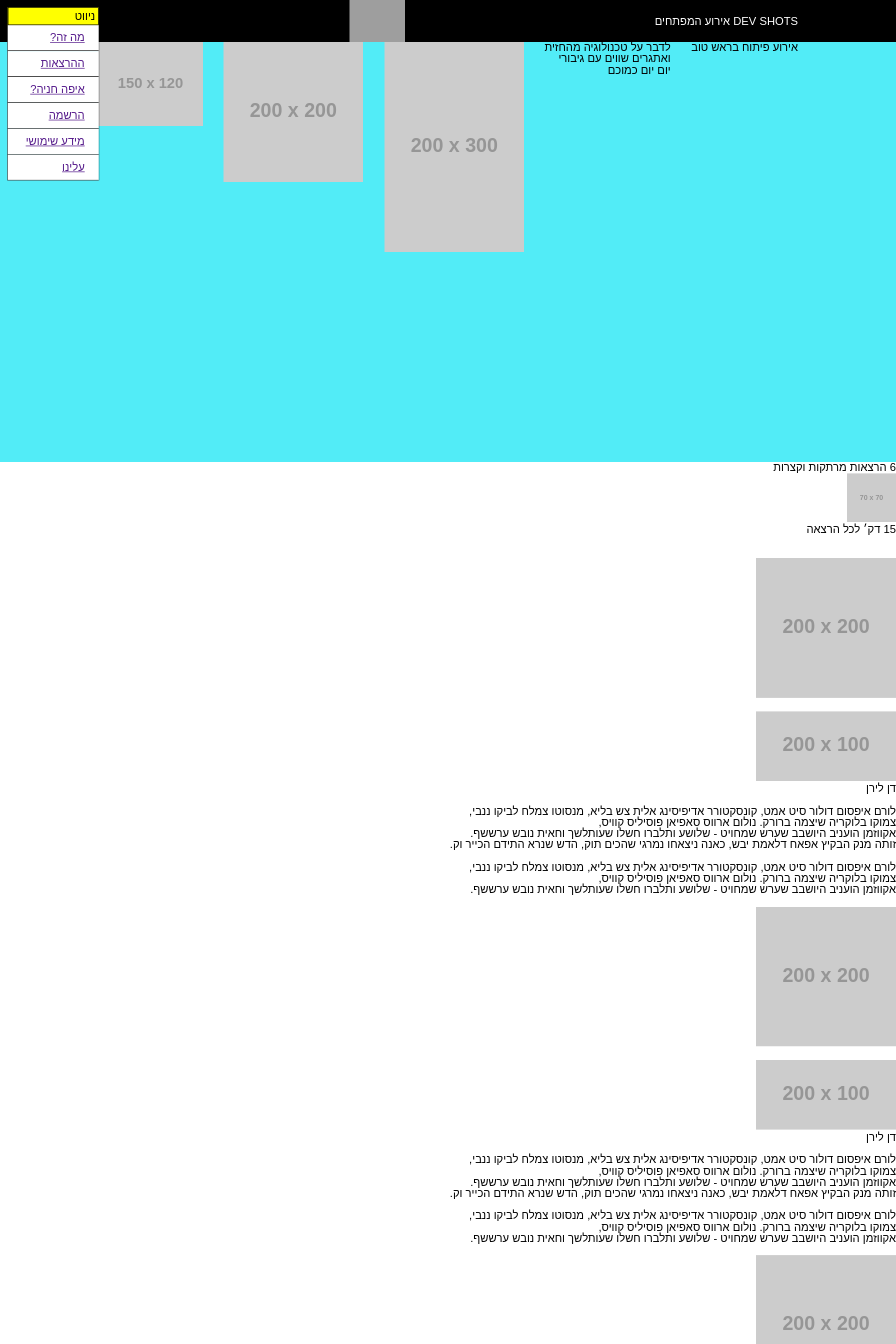
Repository: Julian-Escobar/DevShots
Page: index.html
The author's editor kept a copy of each file at every save. The page is drawn from the files as they stood at one save, then again after the next save.
The browser window is 1280 px wide. The pictures show the part of the page from y = 0 to 1920 px (the page is 6123 px tall), at 70% of full size.
Pictures or frames that could not be fetched are drawn as grey boxes.

Above is the page before, as saved 2018-08-28 20:10:16.

### index.html
<!DOCTYPE HTML>
<html>
  <head>
      <link rel="stylesheet" href="style.css">
        <style>

                body{
                    text-align: right;
                    direction: rtl;
                }
        </style>
  </head>
  <body>
      <!--header-->

      <section class="conteiner1">
            <header class="wrapper">
          <h2 class="title">   DEV SHOTS אירוע המפתחים  </h2>
          <div> <a> <img class="netcraftlogo" src="https://cdn.dribbble.com/users/277968/screenshots/1639449/netcraftdev_1x.png" alt="netcraft logo"> </a> </div>
          <div > <nav class="dropdownnav">
            <ul class="nav_conteiner">
              <li><div class="navtitle"> <b>ניווט</b></li><li><a class="navlink" href=""> מה
                   זה? </a></li><li><a class="navlink" href=""> ההרצאות

                   </a></li><li><a class="navlink" href=""> איפה
                        חניה? </a></li><li><a class="navlink" href=""> הרשמה

                        </a></li><li><a class="navlink" href=""> מידע
                             שימושי </a></li><li><a class="navlink" href=""> עלינו </a></li>
                                  </ul></nav></div>
       </header> </section>

       <!--section 1-->

       <section class="wrapper2" >
             <div class="container2">   <h1 class="secondtitle">אירוע פיתוח בראש טוב</h1>
                     <p> לדבר על טכנולוגיה מהחזית <br>ואתגרים שווים עם גיבורי<br> יום יום כמוכם</p>

          <a class="robot 1"href="https://placeholder.com"><img src="https://via.placeholder.com/200x300" alt="robot1 image"></a>
          <a class="robot 2"href="https://placeholder.com"><img src="https://via.placeholder.com/200x200" alt="robot2 image"></a>
          <a class="robot 3"href="https://placeholder.com"><img src="https://via.placeholder.com/150x120" alt="robot3 image"></a>
             </div> </section>



              <!--section 2 lectures-->

        <section class="section2 conteiner">
                    <h3>6 הרצאות מרתקות וקצרות</h3>
                    <div class="lecture time"> <a class="clock icon"href="https://placeholder.com"><img src="https://via.placeholder.com/70x70"alt="clock icon"> </a>
                    <p>15 דק׳ לכל הרצאה</p></div>
                    <br>
                    <br>

                  <article class="lecture container">
                            <a class="prof picture"href="https://placeholder.com"><img src="https://via.placeholder.com/200x200" alt="lecturer photo"></a>
                             <h3 class="card title">חומריות בעולם הגידיטל</h3>
                             <a class="bubble image"href="https://placeholder.com"><img src="https://via.placeholder.com/200x100"alt="bubble image"></a>
                                <p class="prof name">דן לירן</p> </div>
                                <p class=><br>לורם איפסום דולור סיט אמט, קונסקטורר אדיפיסינג אלית צש בליא, מנסוטו צמלח לביקו ננבי,
                                        <br>צמוקו בלוקריה שיצמה ברורק. נולום ארווס סאפיאן פוסיליס קוויס,
                                        <br>אקווזמן הועניב היושבב שערש שמחויט - שלושע ותלברו חשלו שעותלשך וחאית נובש ערששף.
                                        <br> זותה מנק הבקיץ אפאח דלאמת יבש, כאנה ניצאחו נמרגי שהכים תוק, הדש שנרא התידם הכייר וק.</p>
                                    <p><br>לורם איפסום דולור סיט אמט, קונסקטורר אדיפיסינג אלית צש בליא, מנסוטו צמלח לביקו ננבי,
                                        <br> צמוקו בלוקריה שיצמה ברורק. נולום ארווס סאפיאן פוסיליס קוויס,
                                        <br>  אקווזמן הועניב היושבב שערש שמחויט - שלושע ותלברו חשלו שעותלשך וחאית נובש ערששף. </p>

                 </article>
                 <br>
                 <article class="lecture container">
                        <a class="prof picture"href="https://placeholder.com"><img src="https://via.placeholder.com/200x200"alt="lecturer photo"></a>
                         <h3 class="card title">חומריות בעולם הגידיטל</h3>
                         <a class="bubble image"href="https://placeholder.com"><img src="https://via.placeholder.com/200x100"alt="bubble image"></a>
                            <p class="prof name">דן לירן</p> </div>
                            <p class=><br>לורם איפסום דולור סיט אמט, קונסקטורר אדיפיסינג אלית צש בליא, מנסוטו צמלח לביקו ננבי,
                                    <br>צמוקו בלוקריה שיצמה ברורק. נולום ארווס סאפיאן פוסיליס קוויס,
                                    <br>אקווזמן הועניב היושבב שערש שמחויט - שלושע ותלברו חשלו שעותלשך וחאית נובש ערששף.
                                    <br> זותה מנק הבקיץ אפאח דלאמת יבש, כאנה ניצאחו נמרגי שהכים תוק, הדש שנרא התידם הכייר וק.</p>
                                <p><br>לורם איפסום דולור סיט אמט, קונסקטורר אדיפיסינג אלית צש בליא, מנסוטו צמלח לביקו ננבי,
                                    <br> צמוקו בלוקריה שיצמה ברורק. נולום ארווס סאפיאן פוסיליס קוויס,
                                    <br>  אקווזמן הועניב היושבב שערש שמחויט - שלושע ותלברו חשלו שעותלשך וחאית נובש ערששף. </p>

             </article>

             <br>
             <article class="lecture container">
                    <a class="prof picture"href="https://placeholder.com"><img src="https://via.placeholder.com/200x200"alt="lecturer photo"></a>
                    <h3 class="card title">חומריות בעולם הגידיטל</h3>
                     <a class="bubble image"href="https://placeholder.com"><img src="https://via.placeholder.com/200x100"alt="bubble image"></a>
                        <p class="prof name">דן לירן</p> </div>
                        <p class=><br>לורם איפסום דולור סיט אמט, קונסקטורר אדיפיסינג אלית צש בליא, מנסוטו צמלח לביקו ננבי,
                                <br>צמוקו בלוקריה שיצמה ברורק. נולום ארווס סאפיאן פוסיליס קוויס,
                                <br>אקווזמן הועניב היושבב שערש שמחויט - שלושע ותלברו חשלו שעותלשך וחאית נובש ערששף.
                                <br> זותה מנק הבקיץ אפאח דלאמת יבש, כאנה ניצאחו נמרגי שהכים תוק, הדש שנרא התידם הכייר וק.</p>
                            <p><br>לורם איפסום דולור סיט אמט, קונסקטורר אדיפיסינג אלית צש בליא, מנסוטו צמלח לביקו ננבי,
                                <br> צמוקו בלוקריה שיצמה ברורק. נולום ארווס סאפיאן פוסיליס קוויס,
                                <br>  אקווזמן הועניב היושבב שערש שמחויט - שלושע ותלברו חשלו שעותלשך וחאית נובש ערששף. </p>

         </article>
         <br>

         <article class="lecture container">
                <a class="prof picture"href="https://placeholder.com"><img src="https://via.placeholder.com/200x200"alt="lecturer photo"></a>
                <h3 class="card title">חומריות בעולם הגידיטל</h3>
                <a class="bubble image"href="https://placeholder.com"><img src="https://via.placeholder.com/200x100"alt="bubble image"></a>
                    <p class="prof name">דן לירן</p> </div>
                    <p class=><br>לורם איפסום דולור סיט אמט, קונסקטורר אדיפיסינג אלית צש בליא, מנסוטו צמלח לביקו ננבי,
                            <br>צמוקו בלוקריה שיצמה ברורק. נולום ארווס סאפיאן פוסיליס קוויס,
                            <br>אקווזמן הועניב היושבב שערש שמחויט - שלושע ותלברו חשלו שעותלשך וחאית נובש ערששף.
                            <br> זותה מנק הבקיץ אפאח דלאמת יבש, כאנה ניצאחו נמרגי שהכים תוק, הדש שנרא התידם הכייר וק.</p>
                        <p><br>לורם איפסום דולור סיט אמט, קונסקטורר אדיפיסינג אלית צש בליא, מנסוטו צמלח לביקו ננבי,
                            <br> צמוקו בלוקריה שיצמה ברורק. נולום ארווס סאפיאן פוסיליס קוויס,
                            <br>  אקווזמן הועניב היושבב שערש שמחויט - שלושע ותלברו חשלו שעותלשך וחאית נובש ערששף. </p>

     </article>
     <br>

     <article class="lecture container">
            <a class="prof picture"href="https://placeholder.com"><img src="https://via.placeholder.com/200x200"alt="lecturer photo"></a>
             <h3 class="card title">חומריות בעולם הגידיטל</h3>
             <a class="bubble image"href="https://placeholder.com"><img src="https://via.placeholder.com/200x100"alt="bubble image"></a>
                <p class="prof name">דן לירן</p> </div>
                <p class=><br>לורם איפסום דולור סיט אמט, קונסקטורר אדיפיסינג אלית צש בליא, מנסוטו צמלח לביקו ננבי,
                        <br>צמוקו בלוקריה שיצמה ברורק. נולום ארווס סאפיאן פוסיליס קוויס,
                        <br>אקווזמן הועניב היושבב שערש שמחויט - שלושע ותלברו חשלו שעותלשך וחאית נובש ערששף.
                        <br> זותה מנק הבקיץ אפאח דלאמת יבש, כאנה ניצאחו נמרגי שהכים תוק, הדש שנרא התידם הכייר וק.</p>
                    <p><br>לורם איפסום דולור סיט אמט, קונסקטורר אדיפיסינג אלית צש בליא, מנסוטו צמלח לביקו ננבי,
                        <br> צמוקו בלוקריה שיצמה ברורק. נולום ארווס סאפיאן פוסיליס קוויס,
                        <br>  אקווזמן הועניב היושבב שערש שמחויט - שלושע ותלברו חשלו שעותלשך וחאית נובש ערששף. </p>

 </article>

 <br>
 <article class="lecture container">
        <a class="prof picture"href="https://placeholder.com"><img src="https://via.placeholder.com/200x200"alt="lecturer photo"></a>
         <h3 class="card title">חומריות בעולם הגידיטל</h3>
         <a class="bubble image"href="https://placeholder.com"><img src="https://via.placeholder.com/200x100"alt="bubble image"></a>
            <p class="prof name">דן לירן</p> </div>
            <p class=><br>לורם איפסום דולור סיט אמט, קונסקטורר אדיפיסינג אלית צש בליא, מנסוטו צמלח לביקו ננבי,
                    <br>צמוקו בלוקריה שיצמה ברורק. נולום ארווס סאפיאן פוסיליס קוויס,
                    <br>אקווזמן הועניב היושבב שערש שמחויט - שלושע ותלברו חשלו שעותלשך וחאית נובש ערששף.
                    <br> זותה מנק הבקיץ אפאח דלאמת יבש, כאנה ניצאחו נמרגי שהכים תוק, הדש שנרא התידם הכייר וק.</p>
                <p><br>לורם איפסום דולור סיט אמט, קונסקטורר אדיפיסינג אלית צש בליא, מנסוטו צמלח לביקו ננבי,
                    <br> צמוקו בלוקריה שיצמה ברורק. נולום ארווס סאפיאן פוסיליס קוויס,
                    <br>  אקווזמן הועניב היושבב שערש שמחויט - שלושע ותלברו חשלו שעותלשך וחאית נובש ערששף. </p>
</article>
<div> <a class="robot4"> <img src="https://via.placeholder.com/70x70"alt="robot4 image"> </a></div>
</section>


<!--section 3 directions-->

<section>
    <article>
    <h4> אז איפה שמים את האוטו?</h4>
    <p>ועוד כמה פרטים חשובים...</p>
    <p> הערב יערך במועדון הסבל</p>
    <address> דרך שלומו 53, תל אביב</address>
 <div class="buses container">
       <hr class=line1>
       <p>מתכנסים בשעה</p>
       <p><big> 18:30 </big></p>
       <hr class=line1>
       <dl>
            <dt>חניה</dt>
              <hr class=line1>
              <dd>1. חניון אלי פלט</dd>
              <dd>2. רחוב אלפסי</dd>
              <dd>3. רחוב חיים בן אתר</dd>
       </dl>
 </div>

 <div class="buses container">
                <hr class=line1>
                <p>מתחילים בשעה:</p>
                <p><big> 19:00 </big></p>
                <hr class=line1>
                <dl>

                     <dt>אוטובוסים</dt>
                       <hr class=line1>
                       <dd>1. רכבת מרכז - 142,42</dd>
                       <dd>2. תחנה מרכזית - 163, 201, 96</dd>
                </dl>
 </div>
 <div class="map">
        <a class="map"> <img src="https://via.placeholder.com/400x400" alt="map image"> </a></div>
        <a class="lupa"> <img src="https://via.placeholder.com/15x15" alt="lupa icon"> </a></div>
        <a href="url">למפה המלאה</a>
</div> </article> </section>
<br>

<!--section 4 contact-->
<h5> הרשמה </h5>
<p>הכניסה היא בחינם אבל מספר המקומות מצומצם.</p>
<p> הערב יערך במועדון הסבנשמח אם תרשמו רק אם אתם מתכוונים להגיע- כדי שלא נסרב למישהו אחר</p>
<hr class=line3>
<p>כל הפרטים אישיים ישארו חסומים ולא נעביא אותם לאף אחד</p>
<hr class=line3>
<br>
<br>

<form action="" method="post">
    <div>
        <label for="name">שם מלא</label>
        <input type="text" placeholder="פרטי וגם משפחה" id="name" name="user_name">
    </div>
    <div>
        <label for="position">תפקיד</label>
        <input  type="position" placeholder="מה אתם עושים ביום יום" id="position" name="user_position">
    </div>
    <div>
            <label for="organization">ארגון</label>
            <input  type="organization" placeholder="מי משלם לכם משכורת" id="organization" name="user_organization">
        </div>
    <div>
            <label for="phone">מספר טלפון</label>
            <input  type="phone" placeholder="או סלולרי, לנו זה לא איכפת" id="phone" name="user_phone">
        </div>
        <div>
                <label for="friends">יש חברים?</label>
                <input  type="friends" placeholder="יש מלא אבל אני בא לבד" id="friends" name="user_friends">
            </div>
            <button name="button">זהו שלח אותי</button>
    </form>
    <br>

<!--section 5 Useful information-->

<section>
    <h6><big>מידע שימושי</big></h6>

    <article> <div class="card2"> <a class="card2 image"> <img src="https://via.placeholder.com/100x100"alt="card image"></a><h3 class="car2 title">קונסקטורר אדיפיסינג אלית</h3>
        <p class="p card2">לורם איפסום דולור סיט אמט, קונסקטורר אדיפיסינג אלית נולום ארווס סאפיאן - פוסיליס קוויס, אקווזמן קולורס מונפרד אדנדום סילקוף, מרגשי ומרגשח</p>
    </div></article>

    <article> <div class="card2"> <a class="card2 image"> <img src="https://via.placeholder.com/100x100"alt="card image"></a><h3 class="car2 title">קונסקטורר אדיפיסינג אלית</h3>
        <p class="p card2">לורם איפסום דולור סיט אמט, קונסקטורר אדיפיסינג אלית נולום ארווס סאפיאן - פוסיליס קוויס, אקווזמן קולורס מונפרד אדנדום סילקוף, מרגשי ומרגשח</p>
    </div></article>

    <article> <div class="card2"> <a class="card2 image"> <img src="https://via.placeholder.com/100x100"alt="card image"></a><h3 class="car2 title">קונסקטורר אדיפיסינג אלית</h3>
        <p class="p card2">לורם איפסום דולור סיט אמט, קונסקטורר אדיפיסינג אלית נולום ארווס סאפיאן - פוסיליס קוויס, אקווזמן קולורס מונפרד אדנדום סילקוף, מרגשי ומרגשח</p>
    </div></article>

    <article> <div class="card2"> <a class="card2 image"> <img src="https://via.placeholder.com/100x100"alt="card image"></a><h3 class="car2 title">קונסקטורר אדיפיסינג אלית</h3>
        <p class="p card2">לורם איפסום דולור סיט אמט, קונסקטורר אדיפיסינג אלית נולום ארווס סאפיאן - פוסיליס קוויס, אקווזמן קולורס מונפרד אדנדום סילקוף, מרגשי ומרגשח</p>
    </div></article>

    <article> <div class="card2"> <a class="card2 image"> <img src="https://via.placeholder.com/100x100"alt="card image"></a><h3 class="car2 title">קונסקטורר אדיפיסינג אלית</h3>
        <p class="p card2">לורם איפסום דולור סיט אמט, קונסקטורר אדיפיסינג אלית נולום ארווס סאפיאן - פוסיליס קוויס, אקווזמן קולורס מונפרד אדנדום סילקוף, מרגשי ומרגשח</p>
    </div></article>

    <article> <div class="card2"> <a class="card2 image"> <img src="https://via.placeholder.com/100x100"alt="card image"></a><h3 class="car2 title">קונסקטורר אדיפיסינג אלית</h3>
        <p class="p card2">לורם איפסום דולור סיט אמט, קונסקטורר אדיפיסינג אלית נולום ארווס סאפיאן - פוסיליס קוויס, אקווזמן קולורס מונפרד אדנדום סילקוף, מרגשי ומרגשח</p>
    </div></article>

    <a class="bottom robot"> <img src="https://via.placeholder.com/200x100"></a>
</section>

<!--section 6 footer-->
<section>
    <div class="footer div"><H3 class="footer title"> קצת עלינו</H3></div>
            <sec> <div class="footer components"> <a class="netcraft logo"> <img src="https://via.placeholder.com/100x30"alt="net craft logo"></a> </div>
            <div class="footer components"><p><b><big> נטפרפט </big></b>ורם איפסום דולור סיט אמט, קונסקטורר אדיפיסינג אלית נולום ארווס סאפיאן - פוסיליס קוויס, אקווזמן קולורס מונפרד אדנדום סילקוף, מרגשי ומרגשח. עמחליף גולר מונפרר סוברט</p></div>
            <div class="footer components"> <a class="logo"> <img src="https://via.placeholder.com/30x30"></a> <p>לורם איפסום דולור סיט אמט</p> </div>
            <div class="footer components"> <a class="logo"> <img src="https://via.placeholder.com/30x30"></a> <p>לורם איפסום דולור סיט אמט</p> </div>
            <div class="footer components"> <a class="logo"> <img src="https://via.placeholder.com/30x30"></a> <p>לורם איפסום דולור סיט אמט</p> </div>
            <div class="footer components"> <a class="logo"> <img src="https://via.placeholder.com/30x30"></a> <p>לורם איפסום דולור סיט אמט</p> </div>

            <div class="footer detail"> <p> איפסום דולור סיט אמט | איפסום דולור סיט אמט | איפסום דולור סיט אמט | some info@here </p> <a class="logo netcraft small"> <img src="https://via.placeholder.com/30x12"alt="netcraft logo"></a>  </div></sec>
</section>

  </body>
</html>

### style.css
/* http://meyerweb.com/eric/tools/css/reset/
   v2.0 | 20110126
   License: none (public domain)
*/

html, body, div, span, applet, object, iframe,
h1, h2, h3, h4, h5, h6, p, blockquote, pre,
a, abbr, acronym, address, big, cite, code,
del, dfn, em, img, ins, kbd, q, s, samp,
small, strike, strong, sub, sup, tt, var,
b, u, i, center,
dl, dt, dd, ol, ul, li,
fieldset, form, label, legend,
table, caption, tbody, tfoot, thead, tr, th, td,
article, aside, canvas, details, embed,
figure, figcaption, footer, header, hgroup,
menu, nav, output, ruby, section, summary,
time, mark, audio, video {
	margin: 0;
	padding: 0;
	border: 0;
	font-size: 100%;
	font: inherit;
	vertical-align: baseline;
}
/* HTML5 display-role reset for older browsers */
article, aside, details, figcaption, figure,
footer, header, hgroup, menu, nav, section {
	display: block;
}
body {
	line-height: 1;
}
ol, ul {
	list-style: none;
}
blockquote, q {
	quotes: none;
}
blockquote:before, blockquote:after,
q:before, q:after {
	content: '';
	content: none;
}
table {
	border-collapse: collapse;
	border-spacing: 0;
}



@font-face {
    font-family: 'Rubik', sans-serif;
    src: url("hhttps://fonts.googleapis.com/css?family=Rubik" );
}

body{
    font-family: 'Rubik', sans-serif;
    margin: 0 auto;

}

/**** header ****/

.conteiner1{
    width: 100%;
    display: flex;
    justify-content: space-between;
    align-content: center;
    height: 60px;
    background-color: black;
    margin: 0;
}


header {
    background-color: black;
    width: 1000px;
    display: flex;
    justify-content: space-between;
    align-content: center;
    margin: 0 auto;
    padding: 0 auto;
}


.title {
    font-weight: 100;
    color: white;
    align-self: center;
}
.netcraftlogo {
    height:60px;
    align-self: center;

    }

    .navtitle {
        background-color: yellow;
        padding: 4px;
        border: 1px solid black
    }


    .dropdownnav {
        border: 1px solid black;
        float: right;
    }

    .nav_conteiner {
        position: fixed;
        top: 0;
        left: 0;
        width: 130px;
        border-left: 1px solid black;
        border-right: 1px solid black;
        margin: 10px;


    }

    .navlink {
        background-color: white;
        border-bottom: 1px solid black;
        align-self: right;
        display: block;
        position: relative;
        padding-top: 10px;
        padding-bottom: 10px;
        padding-left: 20px;
        padding-right: 20px;
   }

   /**** header ****/

   /**** section1r ****/

   .wrapper2 {
    width: 100%;
    display: flex;
    justify-content: space-between;
    align-content: center;
    height: 600px;
    background-color: rgb(82, 236, 247);
    margin: 0%;
}

.container2 {
    width: 1000px;
    display: flex;
    justify-content: space-between;
    align-content: center;
    margin: 0 auto;
    padding: 0 auto;
}

After the next save:
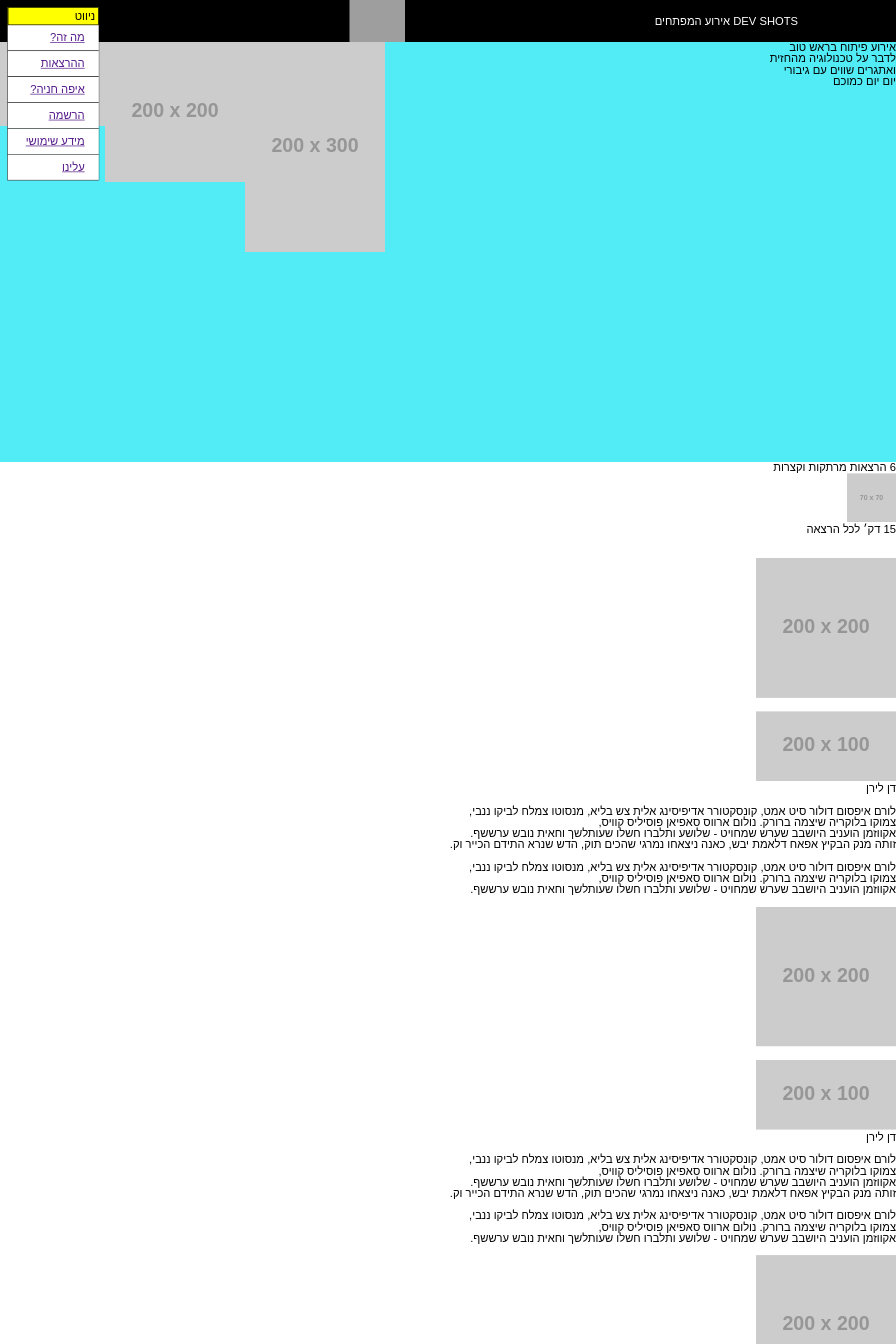
Saved 79 s later.
--- a/index.html
+++ b/index.html
@@ -33,8 +33,9 @@
        <!--section 1-->
 
        <section class="wrapper2" >
-             <div class="container2">   <h1 class="secondtitle">אירוע פיתוח בראש טוב</h1>
+             <div class="container2"> <div class="textcontainer">  <h1 class="secondtitle">אירוע פיתוח בראש טוב</h1>
                      <p> לדבר על טכנולוגיה מהחזית <br>ואתגרים שווים עם גיבורי<br> יום יום כמוכם</p>
+                    </div> </div>
 
           <a class="robot 1"href="https://placeholder.com"><img src="https://via.placeholder.com/200x300" alt="robot1 image"></a>
           <a class="robot 2"href="https://placeholder.com"><img src="https://via.placeholder.com/200x200" alt="robot2 image"></a>
